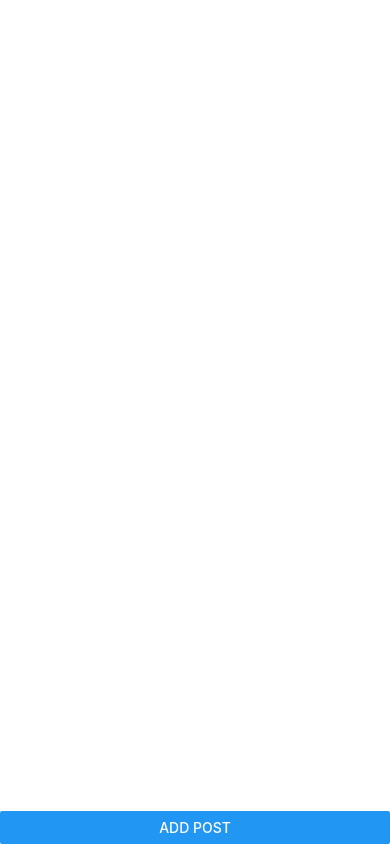
Repository: ntu34543/React-Native
Screen: / (app in demo/)
These files come from the project's save history. The screen is drawn as it stood at one moment and after the next save; the edit follows.
The page's requests for data from a server got no answer. The app was drawn by React Native's web renderer in a window 390 px wide. The project was rebuilt for these pictures with package versions that can differ from the ones it lists, and the page was loaded fresh each time. No one was signed in, and anything a server would have sent is missing.

Above is the screen before, as saved 2022-09-13 11:43:53.

### demo/App.js
import { StatusBar } from "expo-status-bar";
import { useEffect, useState } from "react";
import {
  Button,
  FlatList,
  StyleSheet,
  Text,
  View,
  TouchableOpacity,
} from "react-native";
import { AntDesign } from "@expo/vector-icons";

export default function App() {
  const [data, setData] = useState([]);

  const getPosts = () => {
    fetch("https://6995-14-224-144-137.ap.ngrok.io/posts")
      .then((res) => res.json())
      .then((resJson) => {
        console.log("data", resJson);
        setData(resJson);
      })
      .catch((e) => console.error(e));
  };

  const addPosts = (title, author) => {
    fetch("https://6995-14-224-144-137.ap.ngrok.io/posts", {
      method: "POST",
      headers: {
        "Content-Type": "application/json",
        Accept: "application/json",
      },
      body: JSON.stringify({
        title: title,
        author: author,
      }),
    })
      .then((res) => res.json())
      .then((resJson) => {
        console.log("data", resJson);
        setData(resJson);
      })
      .catch((e) => console.error(e));
  };

  useEffect(() => {
    getPosts();
  }, []);
  return (
    <View style={styles.container}>
      <StatusBar style="auto" />
      <FlatList
        data={data}
        keyExtractor={(item, index) => index.toString()}
        renderItem={({ item }) => {
          return (
            <View style={styles.container}>
              <View style={styles.showItem}>
                <View>
                  <Text>{item.title}</Text>
                  <Text>{item.author}</Text>
                </View>
                <TouchableOpacity>
                  <AntDesign name="delete" size={24} />
                </TouchableOpacity>
              </View>
            </View>
          );
        }}
      />
      <Button
        title="Add Post"
        onPress={() => {
          addPosts("title", "posts");
        }}
      />
    </View>
  );
}

const styles = StyleSheet.create({
  container: {
    flex: 1,
    backgroundColor: "#fff",
    justifyContent: "center",
    // padding: 16,
    // margin: 16,
  },
  showItem: {
    borderWidth: 1,
    borderColor: "black",
  },
});

After the next save:
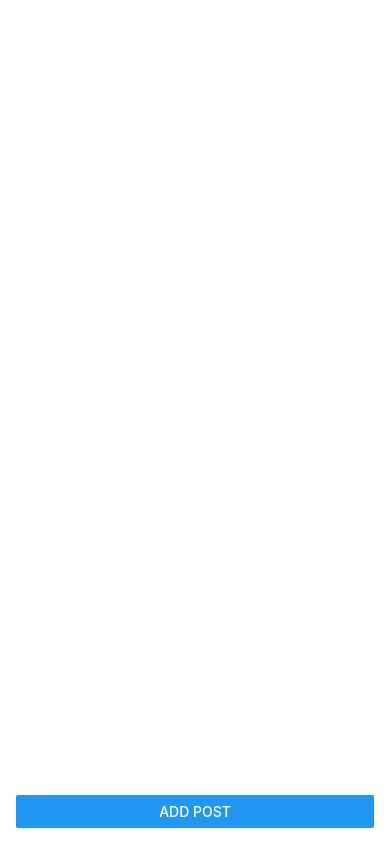
Saved 11 s later.
--- a/demo/App.js
+++ b/demo/App.js
@@ -84,7 +84,7 @@ const styles = StyleSheet.create({
     backgroundColor: "#fff",
     justifyContent: "center",
     // padding: 16,
-    // margin: 16,
+    margin: 16,
   },
   showItem: {
     borderWidth: 1,
